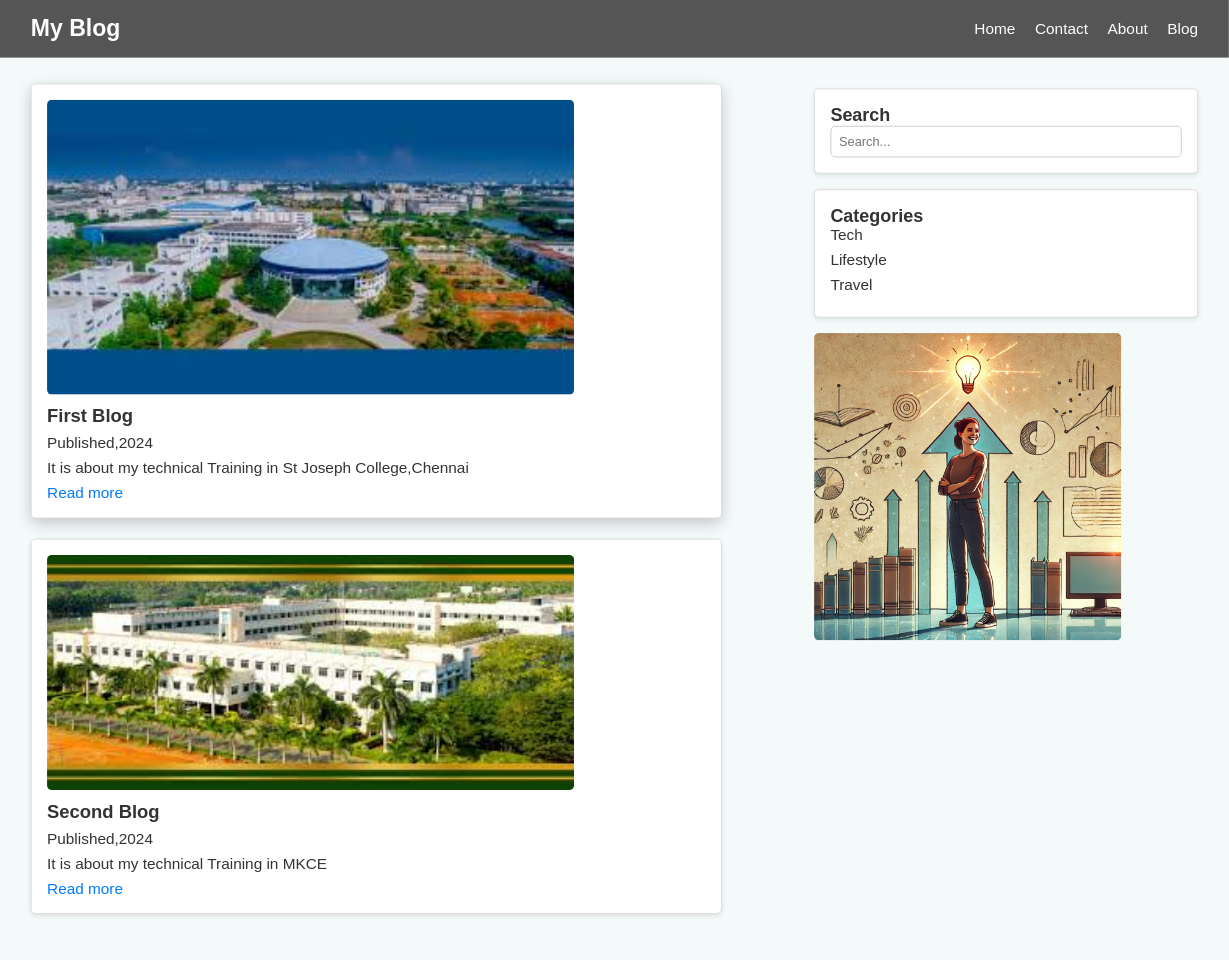
Repository: obusakthi539/Loginform
Page: Myblog.html
An editor plug-in stored every save of this project. The page is shown before and after the next save, followed by the edit.
The browser window is 1280 px wide. The pictures show the whole page, at 96% of full size.
The pointer rests on the first visible `.blog-card`.

Above is the page before, as saved 2025-01-12 17:03:37.

After the next save:
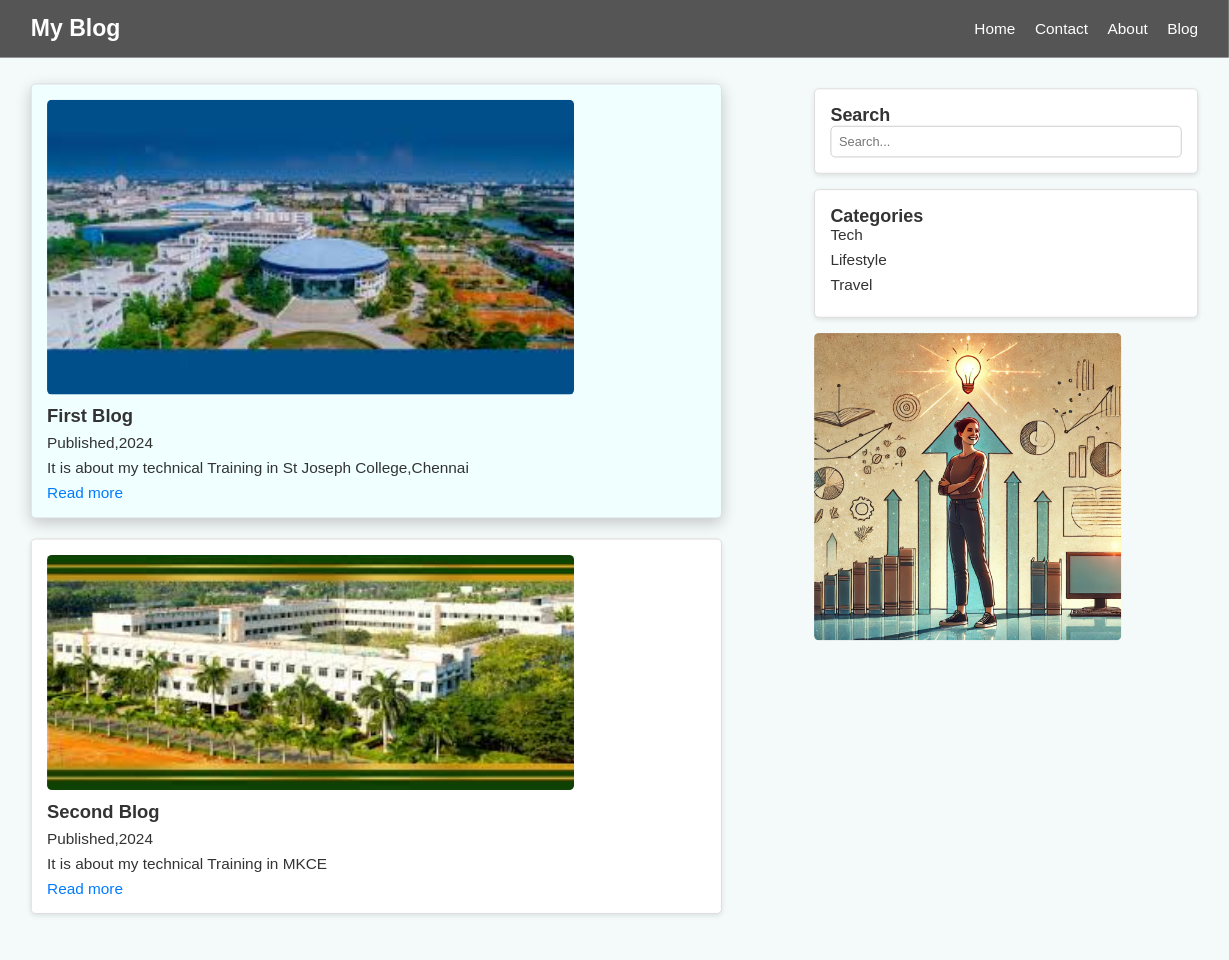
Saved 6 s later.
--- a/Myblog.html
+++ b/Myblog.html
@@ -68,7 +68,7 @@
         .blog-card:hover {
             transform: translateY(-5px);
             box-shadow: 0 5px 15px rgba(0, 0, 0, 0.2);
-            background-color:;
+            background-color:azure;
         }
 
         .blog-card h2 {
